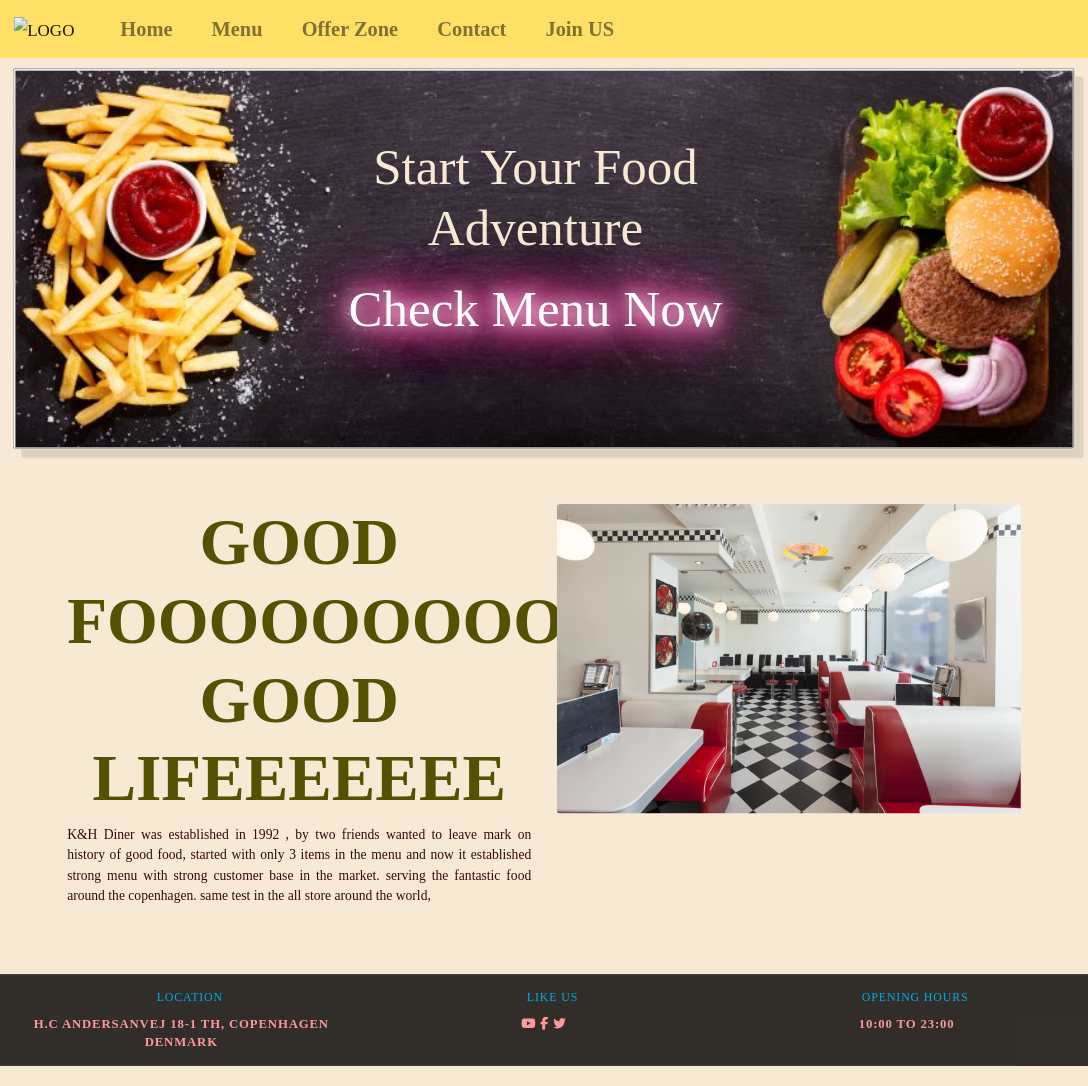
Repository: HMTRIVEDI/project-one
Page: index.html
The author's editor kept a record of every edit. The page is drawn from the files as they stood at one moment, then again after the next edit.
The browser window is 1280 px wide. The pictures show the whole page, at 85% of full size.
Some web fonts or font styles are not loaded; a fallback is used. Some web libraries are served in a nearby version.

Above is the page before.

After the next edit:
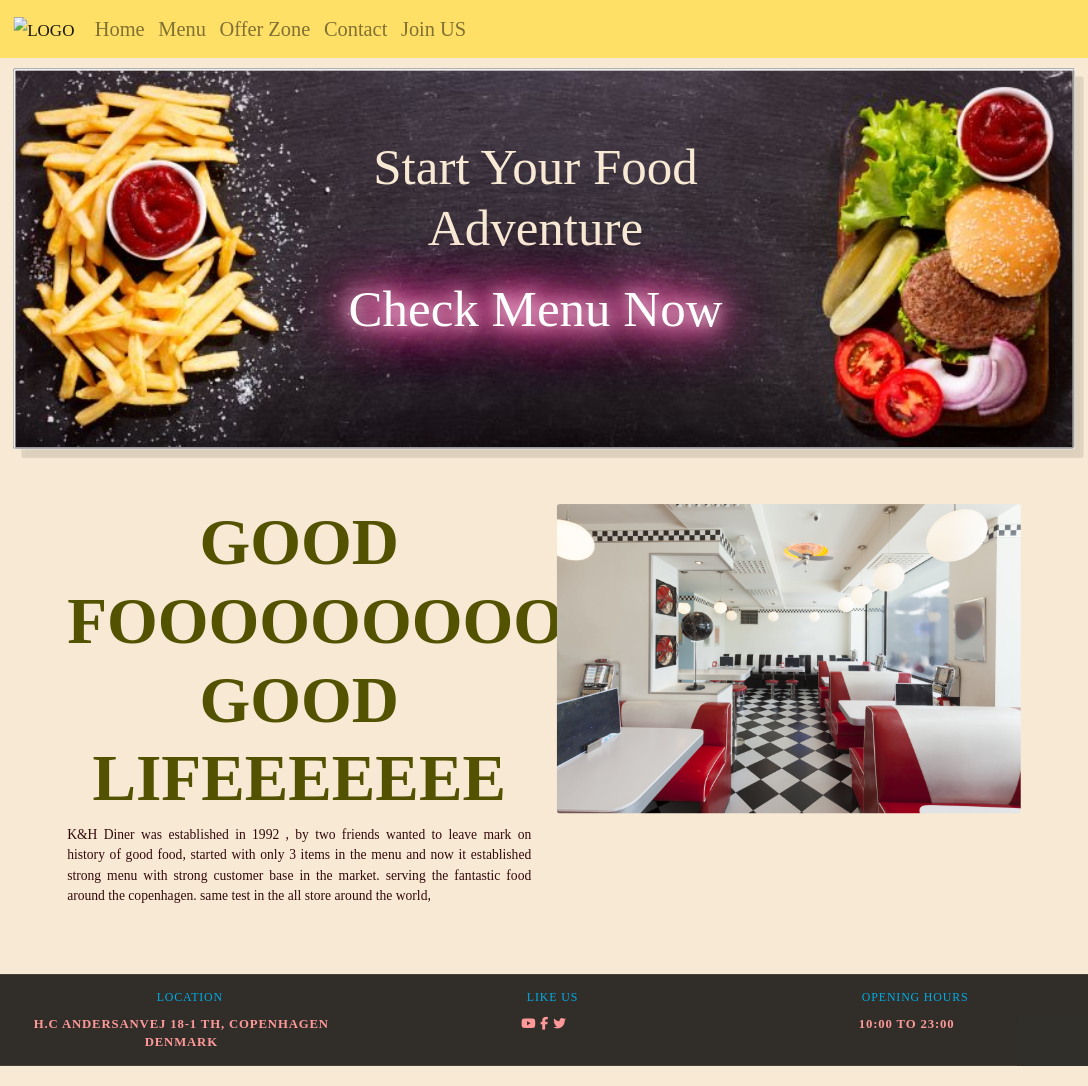
The edit:
--- a/assets/style.css
+++ b/assets/style.css
@@ -62,54 +62,6 @@
     font-family: 'Mansalva', cursive;
 }
 
-/*navigation bar style*/
-
-.bg-light {
-    background-color: rgb(255, 224, 102)!important;
-}
-
-.btn i {
-    color: #8601AF;
-}
-
-
-.navbar-light .navbar-toggler-icon {
-    color: #8601AF;
-}
-
-
-.navbar-toggler {
-    width: auto;
-    color: #8601AF;
-    padding: 0rem 0rem;
-    font-size: 10vw;
-    border: none;
-}
-
-.navbar-nav {
-    list-style: none;
-}
-
-
-.nav-link {
-    margin-left: 30px;
-    font-weight: bolder;
-    border-radius: 30px;
-    font-size: 1.5rem;
-    color: #000000;
-    -webkit-transition: background-color 1s;
-    -o-transition: background-color 1s;
-    transition: background-color 1s;
-    -webkit-transition: background-color font-size 1s;
-}
-
-.nav-link:hover {
-    font-weight: bolder;
-    border-radius: 30px;
-    font-size: 1.5rem;
-    color: #000000;
-    background-color: rgba(0, 172, 230, 0.3);
-}
 
 /***contant style Home page***/
 
